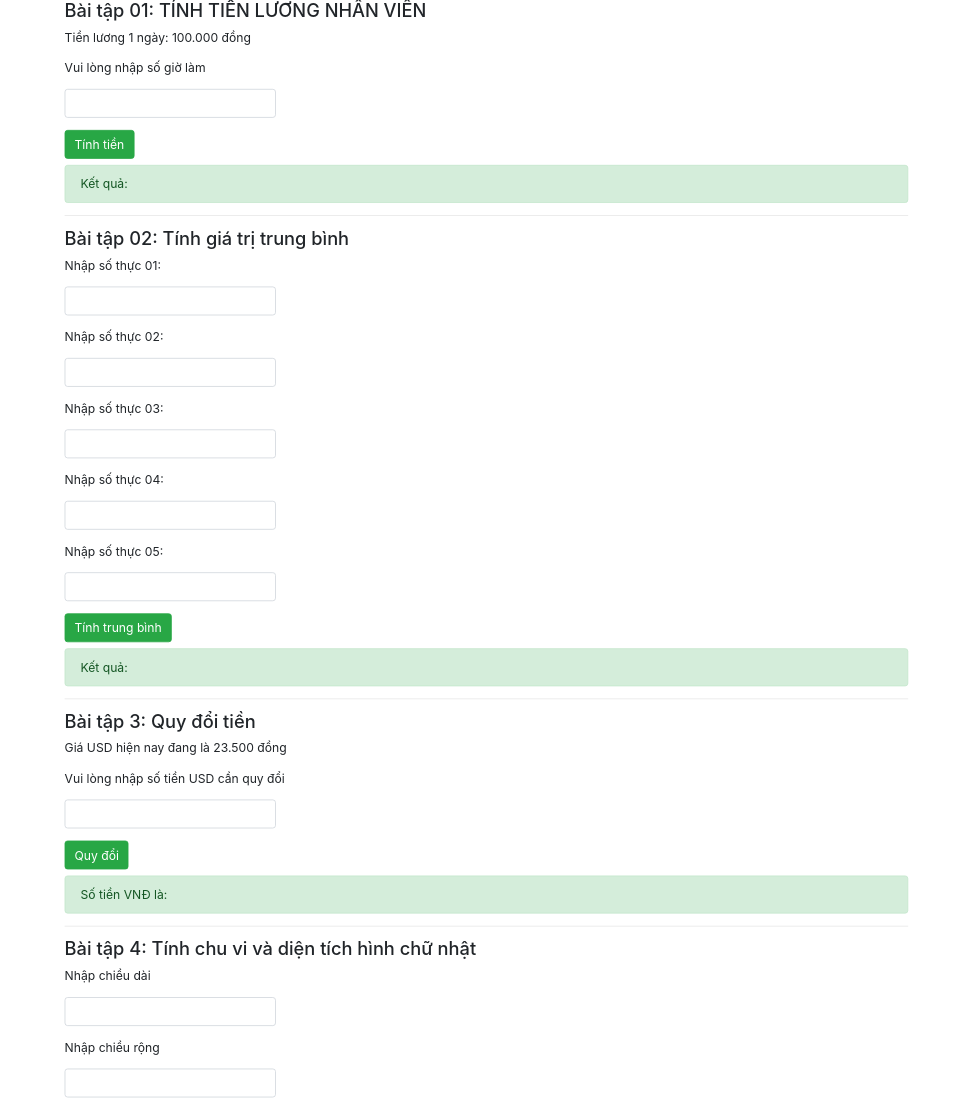
Repository: ducdatit2002/javascript-tinh-day13
Page: index.html
The author's editor kept a copy of each file at every save. The page is drawn from the files as they stood at one save, then again after the next save.
The browser window is 1280 px wide. The pictures show the whole page, at 76% of full size.

Above is the page before, as saved 2023-08-14 00:32:01.

### index.html
<!DOCTYPE html>
<html lang="en">
  <head>
    <title>Bài tập JS Buổi 13</title>
    <!-- Required meta tags -->
    <meta charset="utf-8" />
    <meta
      name="viewport"
      content="width=device-width, initial-scale=1, shrink-to-fit=no"
    />

    <!-- Bootstrap CSS -->
    <link
      rel="stylesheet"
      href="https://stackpath.bootstrapcdn.com/bootstrap/4.3.1/css/bootstrap.min.css"
      integrity="sha384-ggOyR0iXCbMQv3Xipma34MD+dH/1fQ784/j6cY/iJTQUOhcWr7x9JvoRxT2MZw1T"
      crossorigin="anonymous"
    />
  </head>
  <body>
    <div class="container">
      <!-- Bài 1: TÍNH TIỀN LƯƠNG NHÂN VIÊN -->
      <div class="form-group">
        <h4>Bài tập 01: TÍNH TIỀN LƯƠNG NHÂN VIÊN</h4>
        <div class="form-group">
          <p>Tiền lương 1 ngày: 100.000 đồng</p>
        </div>
        <div class="form-group">
          <p>Vui lòng nhập số giờ làm</p>
          <input id="soGioLam" class="form-control w-25" />
        </div>
        <button
          onclick="tinhTongLuong()"
          id="btnTinhTien"
          class="btn btn-success"
        >
          Tính tiền
        </button>
        <div class="mt-2 alert alert-success">
          Kết quả: <span id="tongLuong"></span>
        </div>
      </div>
      <hr />
      <!-- Bài 2: TÍNH GIÁ TRỊ TRUNG BÌNH -->
      <div class="form-group">
        <h4>Bài tập 02: Tính giá trị trung bình</h4>
        <div class="form-group">
          <p>Nhập số thực 01:</p>
          <input id="sothuc01" class="form-control w-25" />
        </div>
        <div class="form-group">
          <p>Nhập số thực 02:</p>
          <input id="sothuc02" class="form-control w-25" />
        </div>
        <div class="form-group">
          <p>Nhập số thực 03:</p>
          <input id="sothuc03" class="form-control w-25" />
        </div>
        <div class="form-group">
          <p>Nhập số thực 04:</p>
          <input id="sothuc04" class="form-control w-25" />
        </div>
        <div class="form-group">
          <p>Nhập số thực 05:</p>
          <input id="sothuc05" class="form-control w-25" />
        </div>
        <button
          onclick="tinhTrungBinh()"
          id="btnTrungBinh"
          class="btn btn-success"
        >
          Tính trung bình
        </button>
        <div class="mt-2 alert alert-success">
          Kết quả: <span id="trungBinh"></span>
        </div>
      </div>
      <hr />
      <!-- Bài 3: QUY ĐỔI TIỀN -->
      <div class="form-group">
        <h4>Bài tập 3: Quy đổi tiền</h4>
        <div class="form-group">
          <p>Giá USD hiện nay đang là 23.500 đồng</p>
        </div>
        <div class="form-group">
          <p>Vui lòng nhập số tiền USD cần quy đổi</p>
          <input id="soUSD" class="form-control w-25" />
        </div>
        <button onclick="tinhUSD()" id="btnUSD" class="btn btn-success">
          Quy đổi
        </button>
        <div class="mt-2 alert alert-success">
          Số tiền VNĐ là: <span id="tongUSD"></span>
        </div>
      </div>
      <hr>
      <!-- BÀI 4: TÍNH CHU VI VÀ DIỆN TÍCH HÌNH CHỮ NHẬT -->
      <div class="form-group">
        <h4>Bài tập 4: Tính chu vi và diện tích hình chữ nhật</h4>
        <div class="form-group">
          <div class="form-group">
          <p>Nhập chiều dài</p>
          <input id="chieuDai" class="form-control w-25" />
        </div>
        <div class="form-group">
          <p>Nhập chiều rộng</p>
          <input id="chieuRong" class="form-control w-25" />
        </div>
        </div>
      </div>
    </div>

    <!-- Optional JavaScript -->
    <!-- jQuery first, then Popper.js, then Bootstrap JS -->
    <script
      src="https://code.jquery.com/jquery-3.3.1.slim.min.js"
      integrity="sha384-q8i/X+965DzO0rT7abK41JStQIAqVgRVzpbzo5smXKp4YfRvH+8abtTE1Pi6jizo"
      crossorigin="anonymous"
    ></script>
    <script
      src="https://cdnjs.cloudflare.com/ajax/libs/popper.js/1.14.7/umd/popper.min.js"
      integrity="sha384-UO2eT0CpHqdSJQ6hJty5KVphtPhzWj9WO1clHTMGa3JDZwrnQq4sF86dIHNDz0W1"
      crossorigin="anonymous"
    ></script>
    <script
      src="https://stackpath.bootstrapcdn.com/bootstrap/4.3.1/js/bootstrap.min.js"
      integrity="sha384-JjSmVgyd0p3pXB1rRibZUAYoIIy6OrQ6VrjIEaFf/nJGzIxFDsf4x0xIM+B07jRM"
      crossorigin="anonymous"
    ></script>
    <script src="./index.js"></script>
  </body>
</html>

### index.js
// BÀI 1: TÍNH TIỀN LƯƠNG NHÂN VIÊN
function tinhTongLuong() {
  //input: tienluong1h, so gio lam:number
  var tienLuong = 100000;
  var soGioLam = document.getElementById("soGioLam").value;
  //Kiểm tra input
  // console.log(tienLuong);
  // console.log(soGioLam);

  let tongLuong = 0;

  //progress
  tongLuong = tienLuong * soGioLam;

  document.getElementById("tongLuong").innerHTML = tongLuong.toLocaleString();
}

// BÀI 2: TÍNH TRUNG BÌNH 5 SỐ THỰC
function tinhTrungBinh() {
  // Lấy giá trị của 5 số từ các phần tử input
  var sothuc01 = parseFloat(document.getElementById("sothuc01").value);
  var sothuc02 = parseFloat(document.getElementById("sothuc02").value);
  var sothuc03 = parseFloat(document.getElementById("sothuc03").value);
  var sothuc04 = parseFloat(document.getElementById("sothuc04").value);
  var sothuc05 = parseFloat(document.getElementById("sothuc05").value);

  // Tính giá trị trung bình
  var trungBinh = (sothuc01 + sothuc02 + sothuc03 + sothuc04 + sothuc05) / 5;

  // Hiển thị kết quả trung bình
  document.getElementById("trungBinh").innerHTML = trungBinh.toLocaleString();
}

// BÀI 3: QUY ĐỔI USD TO VNĐ
function tinhUSD() {
    //Lấy giá trị 1 USD, số USD
    var USD = 23500;
    var soUSD = document.getElementById("soUSD").value;
    let tongUSD = 0;

    // Tính tổng só USD
    tongUSD = USD * soUSD;

    //Hiển thị kết quả
      document.getElementById("tongUSD").innerHTML = tongUSD.toLocaleString();
}

After the next save:
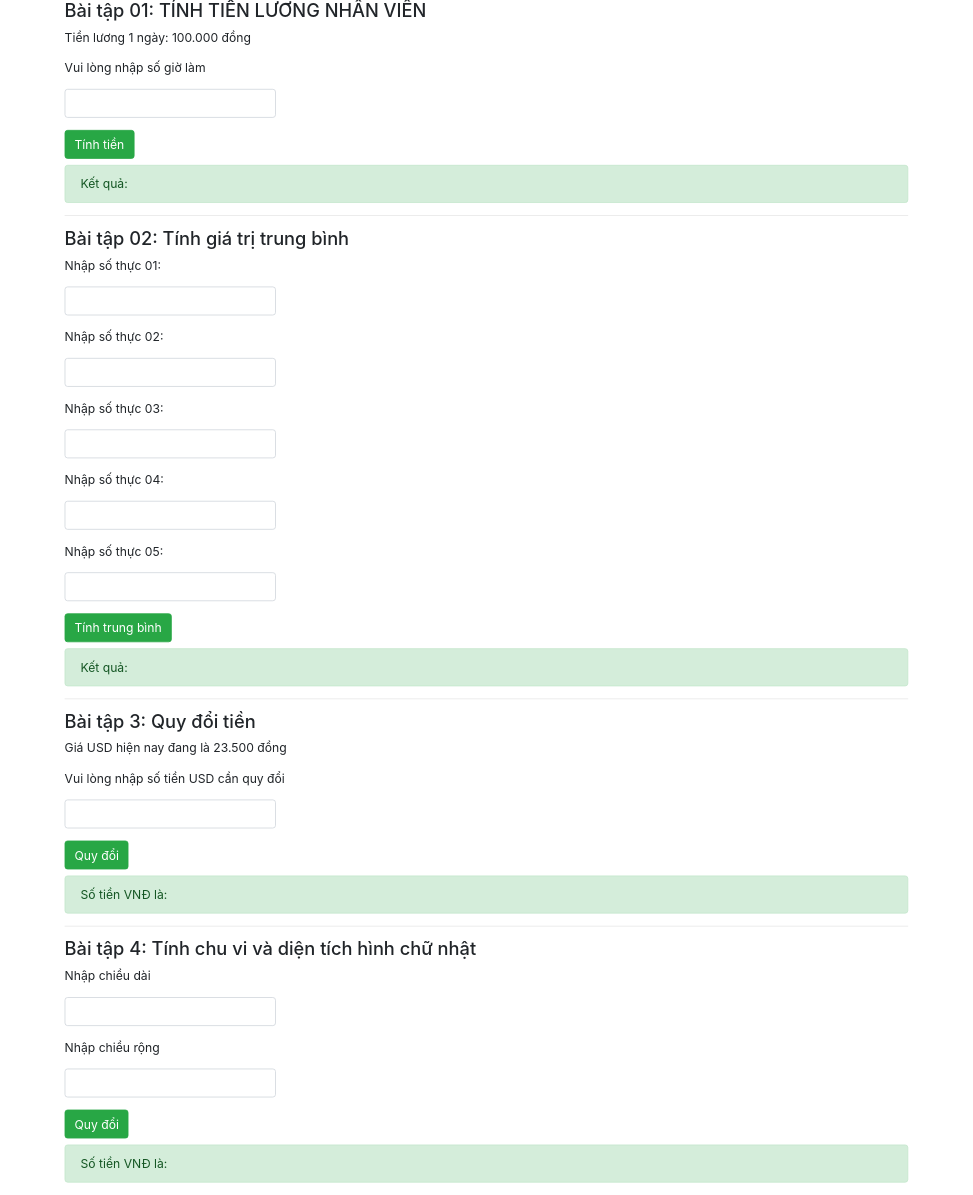
Saved 21 s later.
--- a/index.html
+++ b/index.html
@@ -106,6 +106,12 @@
           <p>Nhập chiều rộng</p>
           <input id="chieuRong" class="form-control w-25" />
         </div>
+                <button onclick="tinhUSD()" id="btnUSD" class="btn btn-success">
+          Quy đổi
+        </button>
+        <div class="mt-2 alert alert-success">
+          Số tiền VNĐ là: <span id="tongUSD"></span>
+        </div>
         </div>
       </div>
     </div>
